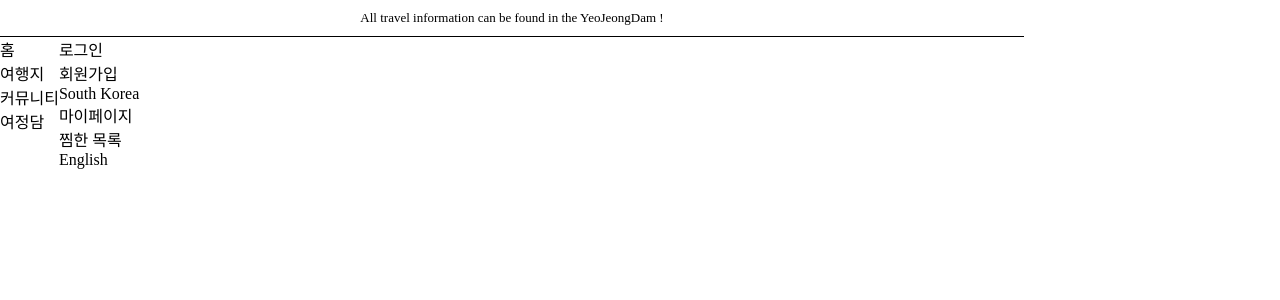
Repository: gaeunlee95/semi
Page: http://localhost/semi/main.jsp
The author's editor kept a copy of each file at every save. The page is drawn from the files as they stood at one save, then again after the next save.
The browser window is 1280 px wide. The pictures show the whole page.
The page is served by Tomcat 9.

Above is the page before, as saved 2023-12-06 08:31:26.

### semi/src/main/webapp/main.jsp
<%@ page language="java" contentType="text/html; charset=UTF-8"
    pageEncoding="UTF-8"%>
<!DOCTYPE html>
<html>
<head>
<meta charset="UTF-8">
<title>메인 페이지</title>
<link rel="stylesheet" href="resources/css/style.css">
<style>
/* *{
	color: blue;
} */
</style>
</head>
<body>
	<jsp:include page="header.jsp" />
</body>
</html>

### semi/src/main/webapp/header.jsp
<%@ page language="java" contentType="text/html; charset=UTF-8"
    pageEncoding="UTF-8"%>
<%@ taglib uri="http://java.sun.com/jsp/jstl/core" prefix="c" %>
<header>
	<div id="welcome">
		<p>All travel information can be found in the YeoJeongDam !</p>
	</div>
	<div id="topMenu">
		<div id="main_nav1">
			<nav>
				<ul>
					<li>홈</li>
					<li>여행지</li>
					<li>커뮤니티</li>
					<li>여정담</li>
				</ul>
			</nav>
		</div>
	</div>
	<div id ="main_nav2">
		<nav>
			<ul id="sideMenu">
				<li>로그인</li>
				<li>회원가입</li>
				<li>South Korea</li>
				<li>마이페이지</li>
				<li>찜한 목록</li>
				<li>English</li> <!-- 스크롤로 언어(영어/한국) 선택 -->
			</ul>
		</nav>
	</div>





  <%-- <nav>
  <c:choose>
    <c:when test="${empty sessionId}">
	    <ul id="topMenu">
	  	  <li><a href="/loginform.do">로그인</a></li>
	  	  <li><a href="/joinform.do">회원가입</a></li>
	  	  <li><a href="/boardlist.do">게시판</a></li>
	  	  <li><a href="/memberlist.do">회원목록</a></li>
	  	</ul>
    </c:when>
    <c:otherwise>
    	<ul id="topMenu">
	  	  <li><a href="/logout.do">(${sessionId}님)로그아웃</a></li>
	  	  <li><a href="/memberview.do?id=${sessionId}">나의 정보</a></li>
	  	  <li><a href="/boardlist.do">게시판</a></li>
	  	  <li><a href="/memberlist.do">회원 목록</a></li>
	  	</ul>
    </c:otherwise>
   </c:choose>
  </nav> --%>
</header>

### semi/src/main/webapp/resources/css/style.css
@charset "UTF-8";
/* 공통 스타일 */
*{margin: 0; padding: 0;}
#container{width: 1024px; margin: 30px auto 100px;}
ul li{list-style: none;}
a{text-decoration: none;}
/* header 스타일 */
header{
	margin: 0 auto;
}
header #welcome{
	width : 1024px;
	text-align: center;
	border-bottom: 1px solid black;
}
header #welcome p{
	padding: 10px 0;
	font-size: 13px;
}
header nav{
	height: 80px;
	float:left;
}
header nav #main_nav1{
	width: 700px;
};
header nav #main_nav2{
	width: 324px;
}


/*
 header 스타일
header{height: 80px; background: #0077cc;}
header #logo{width: 250px; float: left; line-height: 80px;}
#logo h1 a{color: greenyellow; padding-left: 24px; font-style: italic;}
#logo h1 a:hover{color: #eee;}
header nav{width: 900px; float: right;}
#topMenu{line-height: 80px; padding-left: 150px;}
#topMenu li{float: left; margin: 0 20px;}
#topMenu li a{color: #eee; padding: 0 20px;}
#topMenu li a:hover{color: #444;}

 main 스타일
#main{width: 1000px; height: 600px; margin: 40px auto;}
#main h1{color: blue; font-style: italic; padding: 20px 60px;}
#main .main_img{margin: 16px 30px; float: left;}
#main .main_img img{border-radius: 5px;}
#main .newboard{margin: 20px;}
#main .newboard h3{margin: 20px;}
#main .newboard p{line-height: 2.5;}


 footer 스타일
footer{height: 80px; border-top: 2px solid #222; clear: both;}
#bottomMenu{margin: 10px 20px;}
#bottomMenu li{float: left; margin: 10px 0; padding: 0 10px;
	border-right: 1.5px solid #ccc;}
#bottomMenu li a{color: #444;}
#bottomMenu li:last-child{border: none;}

 회원 목록 스타일
#memberlist{width: 700px; margin: 20px auto;}
#memberlist .logout{text-align: right;}
#memberlist table{width: 700px; margin: 20px auto;}
#memberlist table, th, td{border: 1px solid #ccc;
  border-collapse: collapse; text-align: center;}
table th, td{padding: 10px;}
table thead{background: #eee;}
*/
/* 회원 가입 스타일 */
#join{width: 500px; margin: 20px auto;}
#join form{margin: 20px auto;}
form ul li{margin: 20px;}
form .button{margin-top: 16px;}
form .button button{padding: 5px;}
form label{width: 120px; float: left; padding-left: 20px;}
form input{padding: 5px;}

/* 회원 정보 스타일 */
#memberview{width: 460px; margin: 20px auto;}
#memberview table{width: 460px; margin: 20px auto;}
#memberview table, th, td{border: 1px solid #ccc;
  border-collapse: collapse; text-align: center;}
table th, td{padding: 10px;}
#memberview button{padding: 5px;}
/*
 login 스타일
#login {width: 400px; margin: 30px auto 100px;}
#login form{margin: 30px auto;}
#login form ul li{margin: 30px;}
#login .error{color: #e00; margin-top: 16px; font-size: 0.9em}
#login button{width: 100%; padding: 10px 0;}

 게시글 목록 스타일
#boardlist{width: 700px; margin: 20px auto;}
#boardlist table{width: 700px; margin: 20px auto;}
#boardlist table, th, td{border: 1px solid #ccc;
  border-collapse: collapse; text-align: center;}
table th, td{padding: 10px;}
table thead{background: #eee;}
#boardlist button{padding: 10px;}

 글쓰기 스타일
#writeform{width: 550px; margin: 20px auto;}
#writeform table{width: 550px; margin: 20px auto;}
#writeform table, th, td{border: 1px solid #ccc;
  border-collapse: collapse; text-align: center;}
table th, td{padding: 10px;}
table thead{background: #eee;}
#writeform input{width: 540px; height: 25px; padding: 5px;}
#writeform textarea{width: 540px; height: 300px; padding: 5px;}
#writeform button{padding: 5px;}

 글 상세보기 스타일
#board_view{width: 550px; margin: 20px auto;}
#board_view table{width: 550px; margin: 20px auto;}
#board_view table, th, td{border: 1px solid #ccc;
  border-collapse: collapse; text-align: center;}
table th, td{padding: 10px;}
table thead{background: #eee;}
#board_view input{width: 540px; height: 25px; padding: 5px;}
#board_view textarea{width: 540px; height: 300px; padding: 5px;}
#board_view button{padding: 5px;}

 댓글 영역 스타일
#board_view h3{
	margin-bottom: 12px;
	color: #444;
}
#board_view .reply{
	border-top: 1px dotted #ccc;
}
#board_view .reply p{
	margin: 10px 0;
	font-size: 0.9em;
	color: #444;
}

 댓글 내용 - 줄바꿈하기 : white-space:pre-line
#board_view .reply p:nth-of-type(1){
	white-space: pre-line; white-space (enter)하면 줄바꿈;
	line-height: 1.5;
}
#replyform textarea{
	height: 100px;
}
#replyform button{
	margin-top: 6px;
}
.replylogin{
	background-color: #eee;
	margin: 10px 0;
	padding: 16px;
	text-align: center;
	border-radius: 5px;
}
.replylogin a{
	color:blue;
}
.replylogin a:hover{
	text-decoration: underline;
}*/

After the next save:
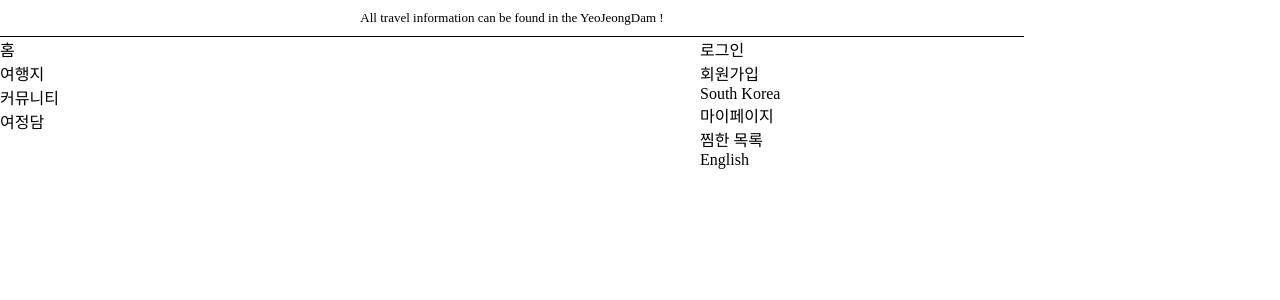
Saved 17 s later.
--- a/semi/src/main/webapp/header.jsp
+++ b/semi/src/main/webapp/header.jsp
@@ -6,9 +6,9 @@
 		<p>All travel information can be found in the YeoJeongDam !</p>
 	</div>
 	<div id="topMenu">
-		<div id="main_nav1">
+		<div >
 			<nav>
-				<ul>
+				<ul id="main_nav1">
 					<li>홈</li>
 					<li>여행지</li>
 					<li>커뮤니티</li>
